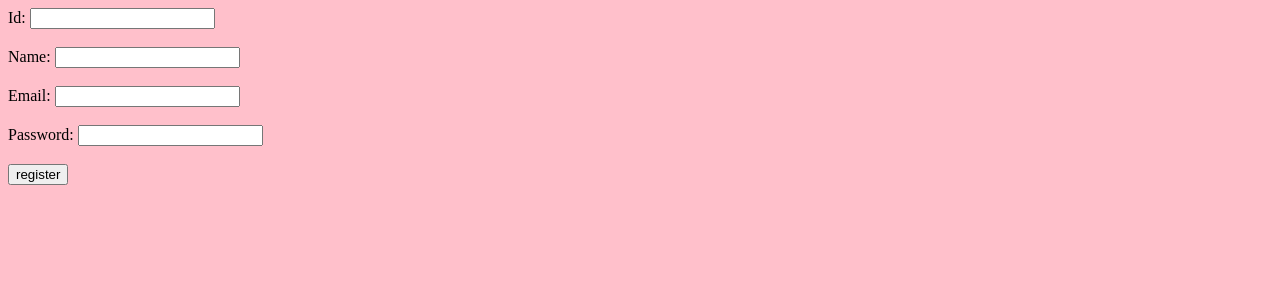
Repository: pawankumarsharm/UST_JDBC_SERVLET
Page: jdbc/empwebapp/WebContent/register.html
The author's editor kept a copy of each file at every save. The page is drawn from the files as they stood at one save, then again after the next save.
The browser window is 1280 px wide. The pictures show the whole page.

Above is the page before, as saved 2019-11-15 10:06:31.

### jdbc/empwebapp/WebContent/register.html
<!DOCTYPE html>
<html>
<head>
<meta charset="ISO-8859-1">
<title>Insert title here</title>
</head>
<body bgcolor="pink">
<form action="" method="post">
		Id: <input name="id" type="text"><br><br>
		Name: <input name="name" type="text"><br><br>
		Email: <input name="email" type="email"><br><br>
		Password: <input type="password" name="password"><br><br>
		<input type="submit" value ="register"><br>
	</form>

</body>
</html>

After the next save:
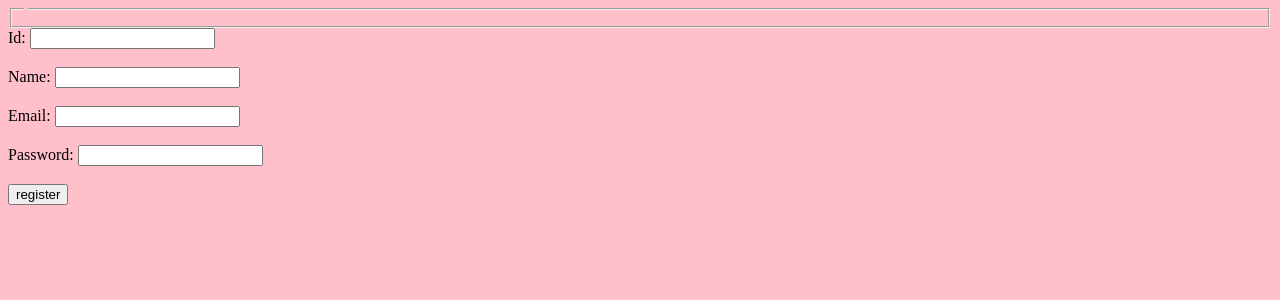
Saved 110 s later.
--- a/jdbc/empwebapp/WebContent/register.html
+++ b/jdbc/empwebapp/WebContent/register.html
@@ -6,6 +6,13 @@
 </head>
 <body bgcolor="pink">
 <form action="" method="post">
+<fieldset>
+<legend></legend>
+
+
+
+</fieldset>
+<table></table>
 		Id: <input name="id" type="text"><br><br>
 		Name: <input name="name" type="text"><br><br>
 		Email: <input name="email" type="email"><br><br>
